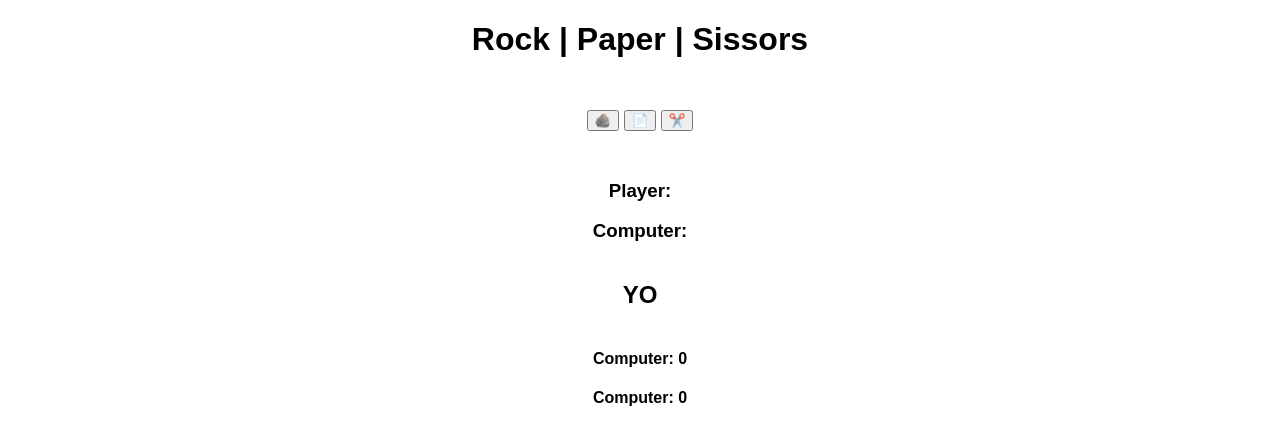
Repository: SakthivelDurai47/Rock-Paper-Sissors
Page: index.html
These files come from the project's save history. The page is drawn as it stood at one moment and after the next save; the edit follows.
The browser window is 1280 px wide. The pictures show the whole page.

Above is the page before, as saved 2025-04-14 22:09:37.

After the next save:
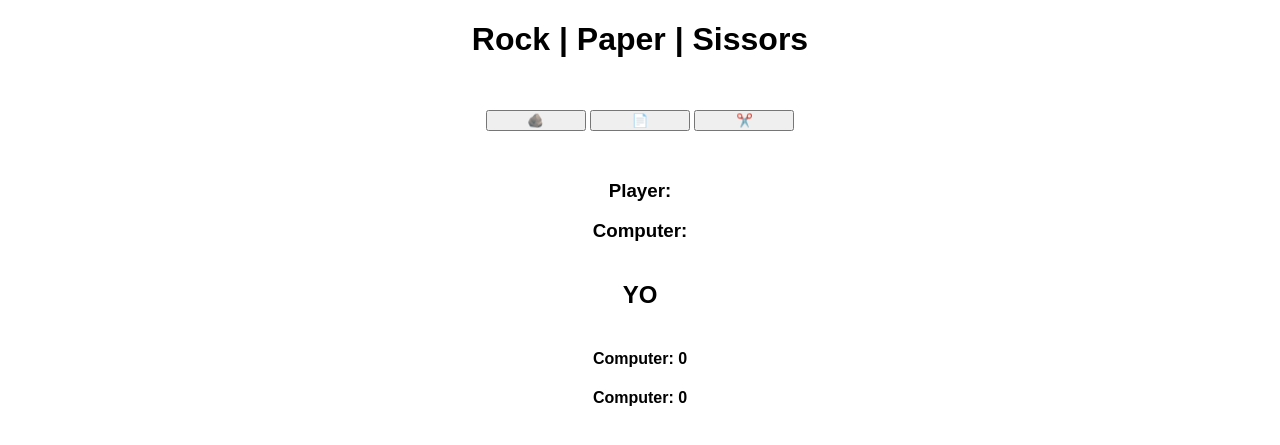
Saved 18 s later.
--- a/styles.css
+++ b/styles.css
@@ -9,3 +9,6 @@ body {
 #choice {
   margin: 30px;
 }
+button {
+  width: 100px;
+}
